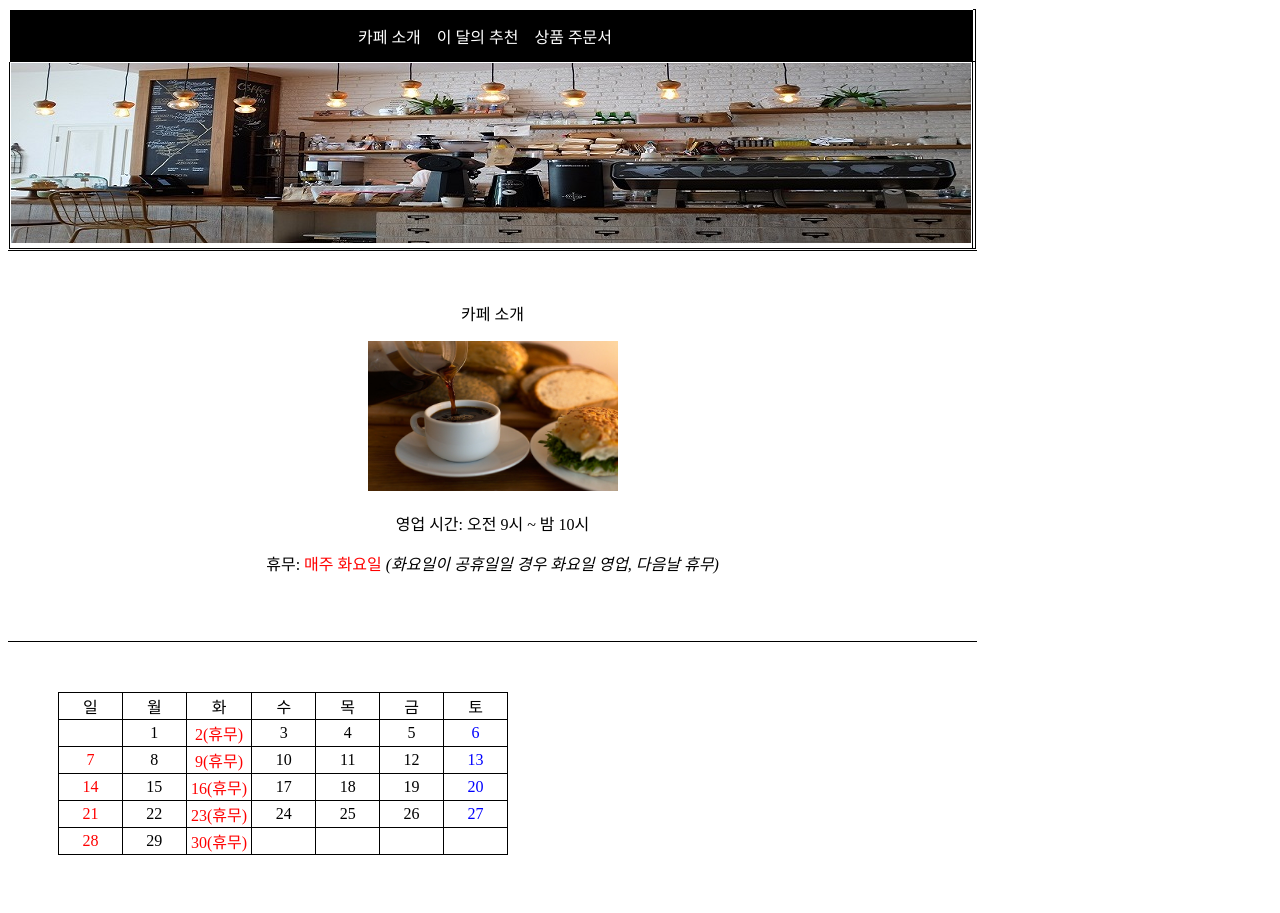
Repository: jpg723/Assignment
Page: http://localhost/mid/
The author's editor kept a copy of each file at every save. The page is drawn from the files as they stood at one save, then again after the next save.
The browser window is 1280 px wide. The pictures show the whole page.
The page is served by Tomcat 9.

Above is the page before, as saved 2021-11-01 12:11:42.

### 웹프로그래밍/mid/src/main/webapp/index.jsp
<%@ page language="java" contentType="text/html; charset=UTF-8"
    pageEncoding="UTF-8"%>
<!DOCTYPE html>
<html>
<head>
<meta charset="UTF-8">
<style>
	td.t1{
		margin: 100px;
		padding: 50px
	}
	td.t2 {
		margin: 100px;
		padding: 50px
	}
	tr{
		border-style: hidden;
	}
	table.t{
		border-style: hidden;
	}
</style>
<title>NAMOO Cafe</title>
</head>
<body>
<table class="t">
	<tr>
		<td><%@include file="header.jsp" %></td>
	</tr>
	<tr>
		<td class="t1">
			카페 소개
			<p><img src="images/coffee1.jpg" width="250" height="150">
			<p>영업 시간: 오전 9시 ~ 밤 10시
			<p>휴무:
			<span style="color: red;">매주 화요일</span>
			<span style=" font-style: italic;">(화요일이 공휴일일 경우 화요일 영업, 다음날 휴무)</span>
		</td>
	</tr>
	<tr>
		<td class="t2"><%@include file="calendar.jsp" %></td>
	</tr>
</table>
</body>
</html>

### 웹프로그래밍/mid/src/main/webapp/header.jsp
<%@ page language="java" contentType="text/html; charset=UTF-8"
    pageEncoding="UTF-8"%>
<!DOCTYPE html>
<html>
<head>
<meta charset="UTF-8">
<style>
	table {
		border-collapse: collapse;

	}
	td.box{
		background-color: black;
		height: 50px;
		text-align: center;
		border-style: hidden;
	}
	tr{
		border-style: hidden;
	}
</style>
<title>header.jsp</title>
</head>
<body>
<div id = "div" align="center">
	<table>
		<tr>
			<td class="box">
				<a href="index.jsp" style="color: white; text-decoration : none;">카페 소개&nbsp;&nbsp;&nbsp;</a>
				<a href="#" style="color: white; text-decoration : none;">이 달의 추천&nbsp;&nbsp;&nbsp;</a>
				<a href="order.jsp" style="color: white; text-decoration : none;">상품 주문서&nbsp;&nbsp;&nbsp;</a>
			</td>
		</tr>
		<tr>
			<td><img src="images/header_s.jpg"><td>
		</tr>
	</table>
</div>
</body>
</html>

### 웹프로그래밍/mid/src/main/webapp/calendar.jsp
<%@ page language="java" contentType="text/html; charset=UTF-8"
    pageEncoding="UTF-8"%>
<%@ page import = "java.util.Calendar" %>
<!DOCTYPE html>
<html>
<head>
<meta charset="UTF-8">
<title>calendar.jsp</title>
<style>
	table{
		width: 450px;
	}

	table, tr, td{
		border-collapse: collapse;
		border: 0.5px solid black;
		text-align: center;
	}

	td {
		width: 35px;
	}
</style>
</head>
<body>
<%
	Calendar cal = Calendar.getInstance();
	int year = 2021;
	int month = 10;
	String[] arrWeek = {"일","월","화","수","목","금","토"};

	cal.set(Calendar.YEAR, year);
	cal.set(Calendar.MONTH, month - 1);
	cal.set(Calendar.DATE, 4);

	int end = cal.getActualMaximum(Calendar.DAY_OF_MONTH);
	int day = cal.get(Calendar.DAY_OF_WEEK);

	out.println("<table>" );

	out.println("<tr>" );
	for (int i = 0; i < arrWeek.length; i++){

		if(i % 7 == 0)
			out.print("<td class= c2>" + arrWeek[i] + "</td>");

		else if(i % 6 == 0)
			out.print("<td class= c1>" + arrWeek[i] + "</td>");

		else
			out.print("<td class= c3>"+ arrWeek[i] + "</td>");

	}
	out.println("</tr>" );

	for(int j = 1; j < day; j++){
		out.println("<td></td>");
	}

	for(int i = 1; i < end; i++){

		if(i % 7 == 6)
			out.println("<td style='color: blue'>" + i + "</td>");

		else if(i % 7 == 0)
			out.println("<td style='color: red'>" + i + "</td>");

		else if(i % 7 == 2)
			out.println("<td style='color: red'>" + i + "(휴무)" + "</td>");

		else
			out.println("<td style='color: black'>" + i + "</td>");

		if(day % 7 == 0){
			out.println("<tr></tr>");
		}
		day++;
	}

	for(int j = 1; j < 5; j++){
		out.println("<td></td>");
	}

	out.println("</table>");
%>

</body>
</html>

After the next save:
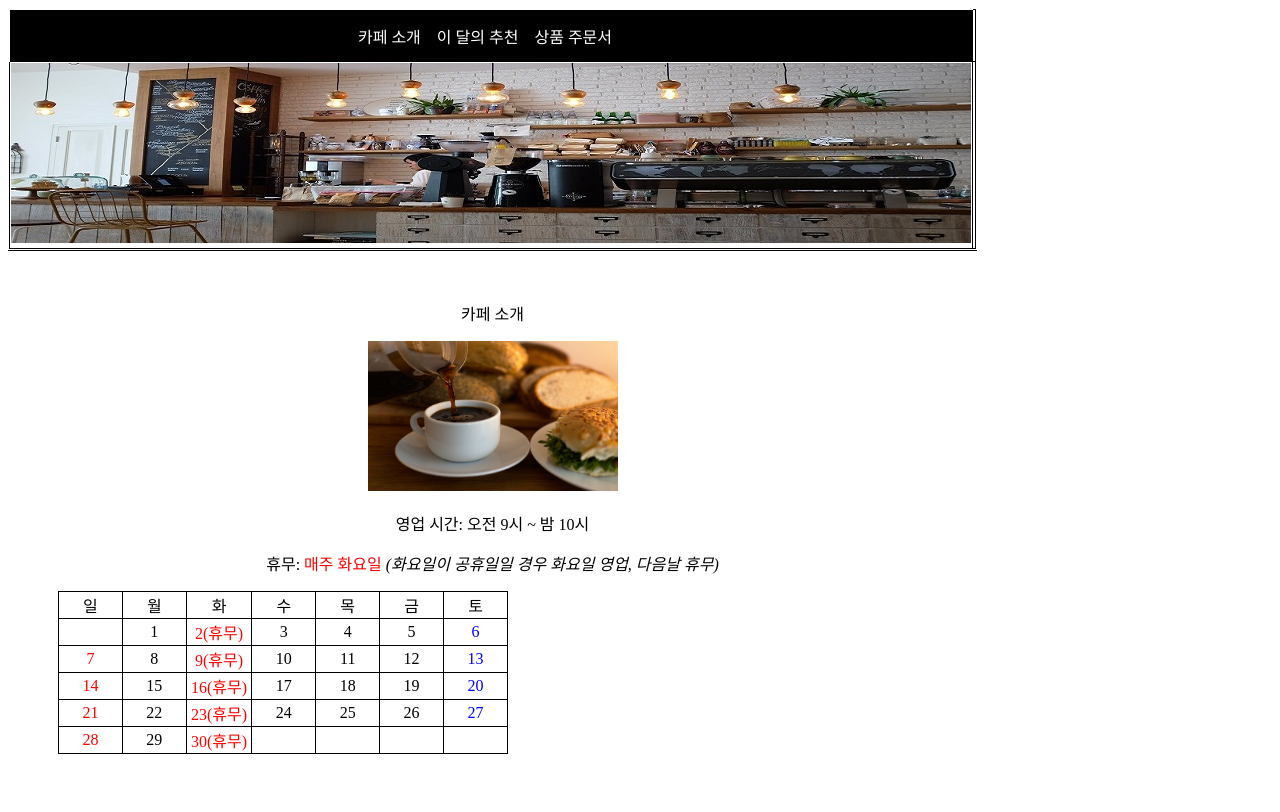
Saved 29 s later.
--- a/웹프로그래밍/mid/src/main/webapp/index.jsp
+++ b/웹프로그래밍/mid/src/main/webapp/index.jsp
@@ -35,10 +35,8 @@
 			<p>휴무:
 			<span style="color: red;">매주 화요일</span>
 			<span style=" font-style: italic;">(화요일이 공휴일일 경우 화요일 영업, 다음날 휴무)</span>
+			<%@include file="calendar.jsp" %>
 		</td>
-	</tr>
-	<tr>
-		<td class="t2"><%@include file="calendar.jsp" %></td>
 	</tr>
 </table>
 </body>
